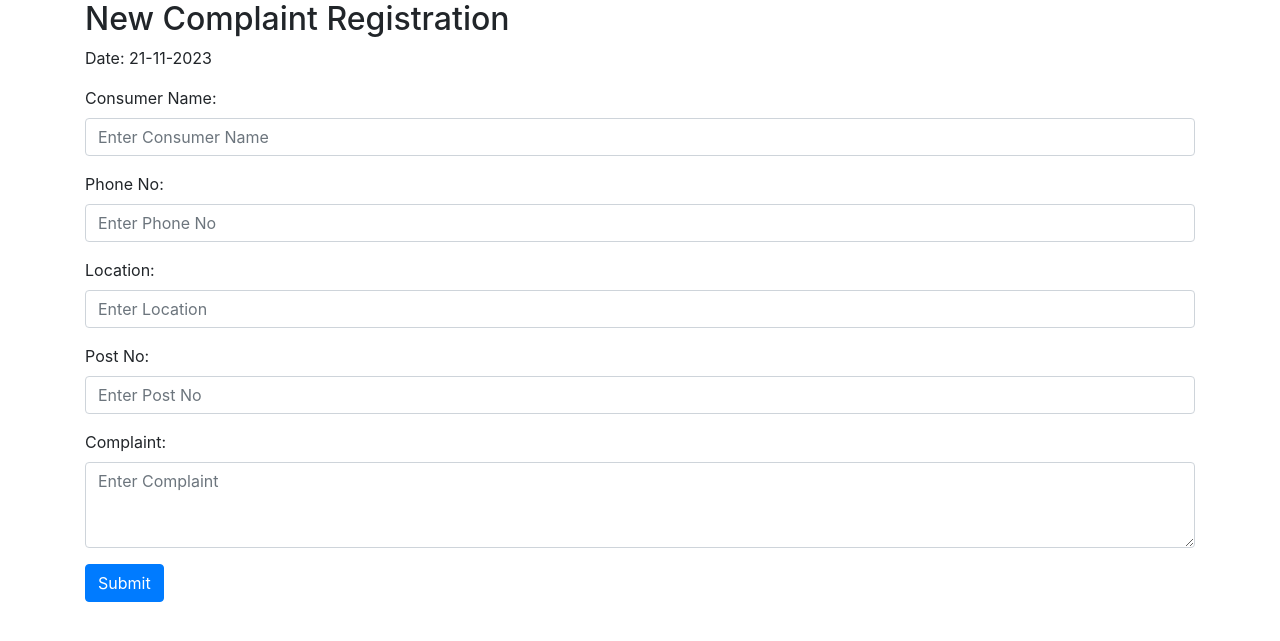
Repository: Jobinte/KSEB-PROJECT
Page: KSEB-complaint-management/WebContent/complaintRegistration.html
The author's editor kept a copy of each file at every save. The page is drawn from the files as they stood at one save, then again after the next save.
The browser window is 1280 px wide. The pictures show the whole page.

Above is the page before, as saved 2023-11-21 11:01:26.

### KSEB-complaint-management/WebContent/complaintRegistration.html


<!DOCTYPE html>
<html lang="en">
<head>
<meta charset="UTF-8">
<meta name="viewport" content="width=device-width, initial-scale=1.0">
<title>New Complaint Registration</title>
<link rel="stylesheet"
	href="https://maxcdn.bootstrapcdn.com/bootstrap/4.5.2/css/bootstrap.min.css">
<script
	src="https://ajax.googleapis.com/ajax/libs/jquery/3.5.1/jquery.min.js"></script>
<script
	src="https://cdnjs.cloudflare.com/ajax/libs/popper.js/1.16.0/umd/popper.min.js"></script>
<script
	src="https://maxcdn.bootstrapcdn.com/bootstrap/4.5.2/js/bootstrap.min.js"></script>
</head>
<body>
	<div class="container">
		<h2>New Complaint Registration</h2>
		<p>Date: 21-11-2023</p>
		<form>
			<div class="form-group">
				<label for="ConsumerName">Consumer Name:</label> <input type="text"
					class="form-control" id="ConsumerName"
					placeholder="Enter Consumer Name">
			</div>
			<div class="form-group">
				<label for="PhoneNo">Phone No:</label> <input type="text"
					class="form-control" id="PhoneNo" placeholder="Enter Phone No">
			</div>
			<div class="form-group">
				<label for="Location">Location:</label> <input type="text"
					class="form-control" id="Location" placeholder="Enter Location">
			</div>
			<div class="form-group">
				<label for="PostNo">Post No:</label> <input type="text"
					class="form-control" id="PostNo" placeholder="Enter Post No">
			</div>
			<div class="form-group">
				<label for="Complaint">Complaint:</label>
				<textarea class="form-control" id="Complaint" rows="3"
					placeholder="Enter Complaint"></textarea>
			</div>
			<button type="submit" class="btn btn-primary">Submit</button>
		</form>
	</div>
</body>
</html>

After the next save:
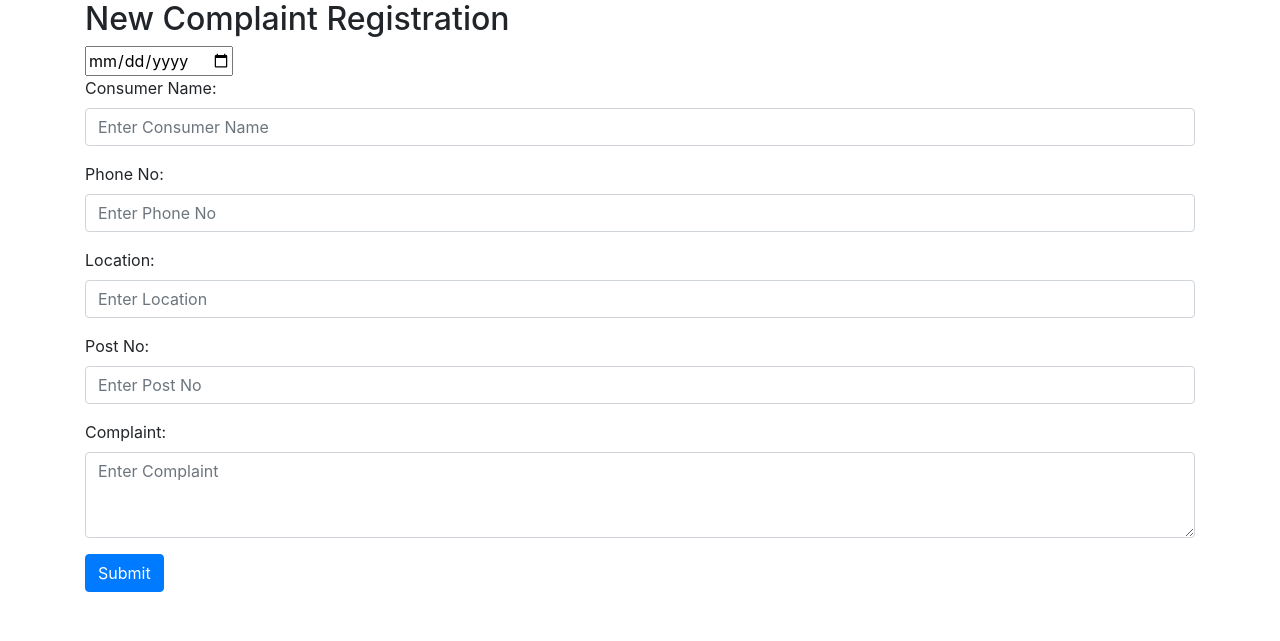
Saved 67 s later.
--- a/KSEB-complaint-management/WebContent/complaintRegistration.html
+++ b/KSEB-complaint-management/WebContent/complaintRegistration.html
@@ -18,7 +18,7 @@
 <body>
 	<div class="container">
 		<h2>New Complaint Registration</h2>
-		<p>Date: 21-11-2023</p>
+		<input type="date">
 		<form>
 			<div class="form-group">
 				<label for="ConsumerName">Consumer Name:</label> <input type="text"
